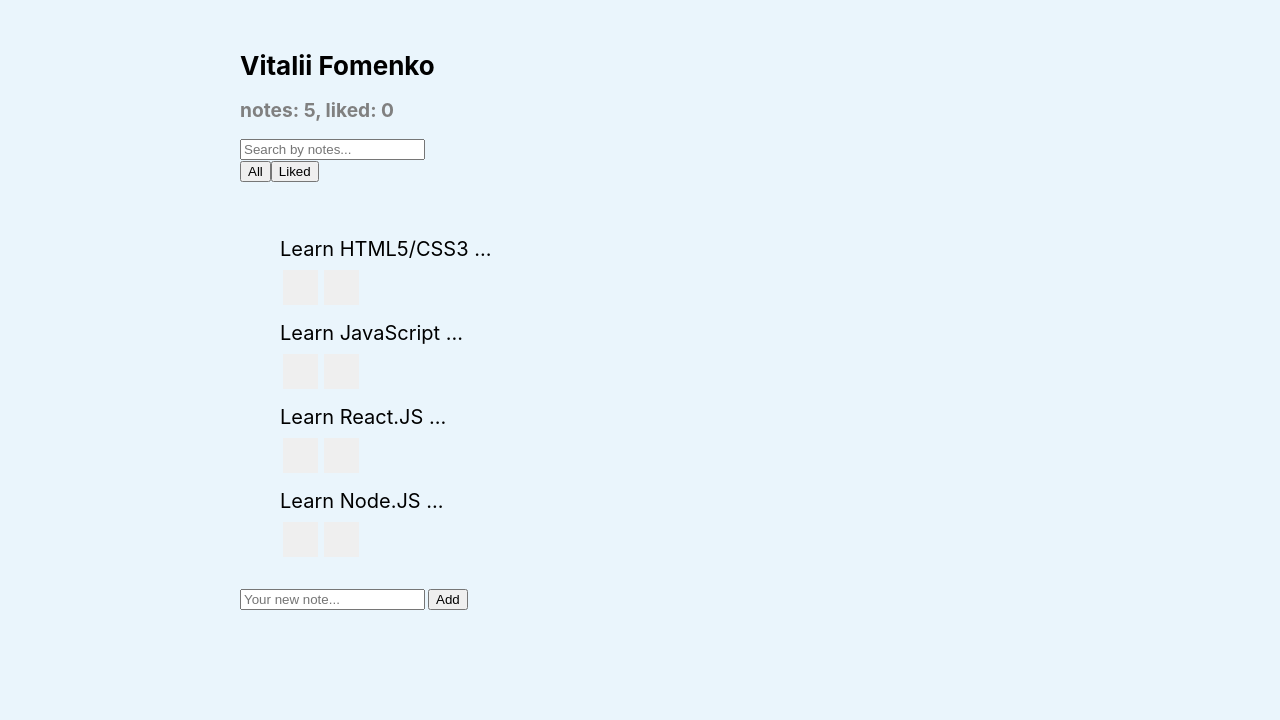
Repository: vitfomenko/react-notes-app
Page: /
An editor plug-in stored every save of this project. The page is shown before and after a run of saves, followed by the edit.
The browser window is 1280 px wide. The pictures show the whole page.
The project was rebuilt for these pictures with package versions that can differ from the ones it lists, and the page was loaded fresh each time.

Above is the page before, as saved 2021-01-05 11:49:18.

After the next 2 saves:
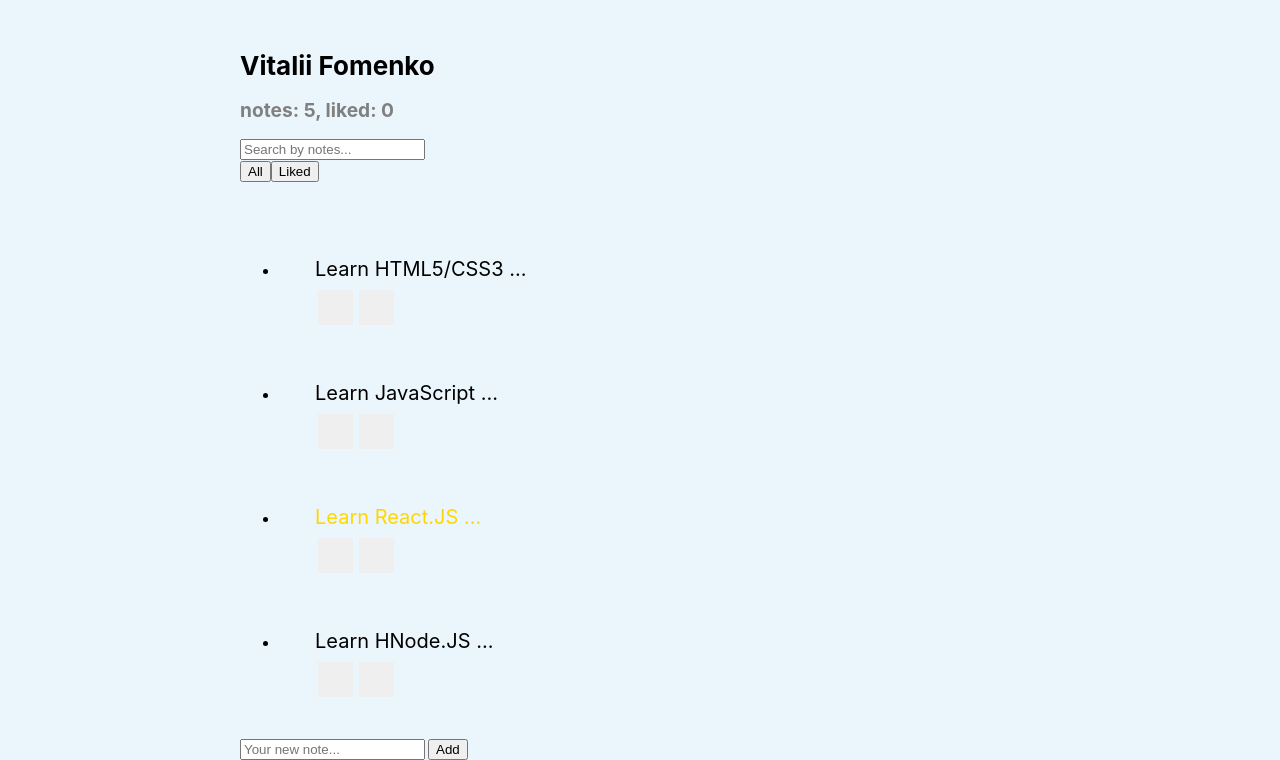
The 2 saves are shown as one change because 1 did not build or start.
The last was saved 23 s later.
--- a/src/components/post-list/post-list.js
+++ b/src/components/post-list/post-list.js
@@ -18,10 +18,7 @@ const PostList = ({posts}) => {
     });
     return (
         <ul className="app-list list-group">
-            <PostListItem label={posts[0].label} important={posts[0].important} />
-            <PostListItem label='Learn JavaScript ...' />
-            <PostListItem label='Learn React.JS ...' />
-            <PostListItem label='Learn Node.JS ...' />
+            {elements}
         </ul>
     )
 }
